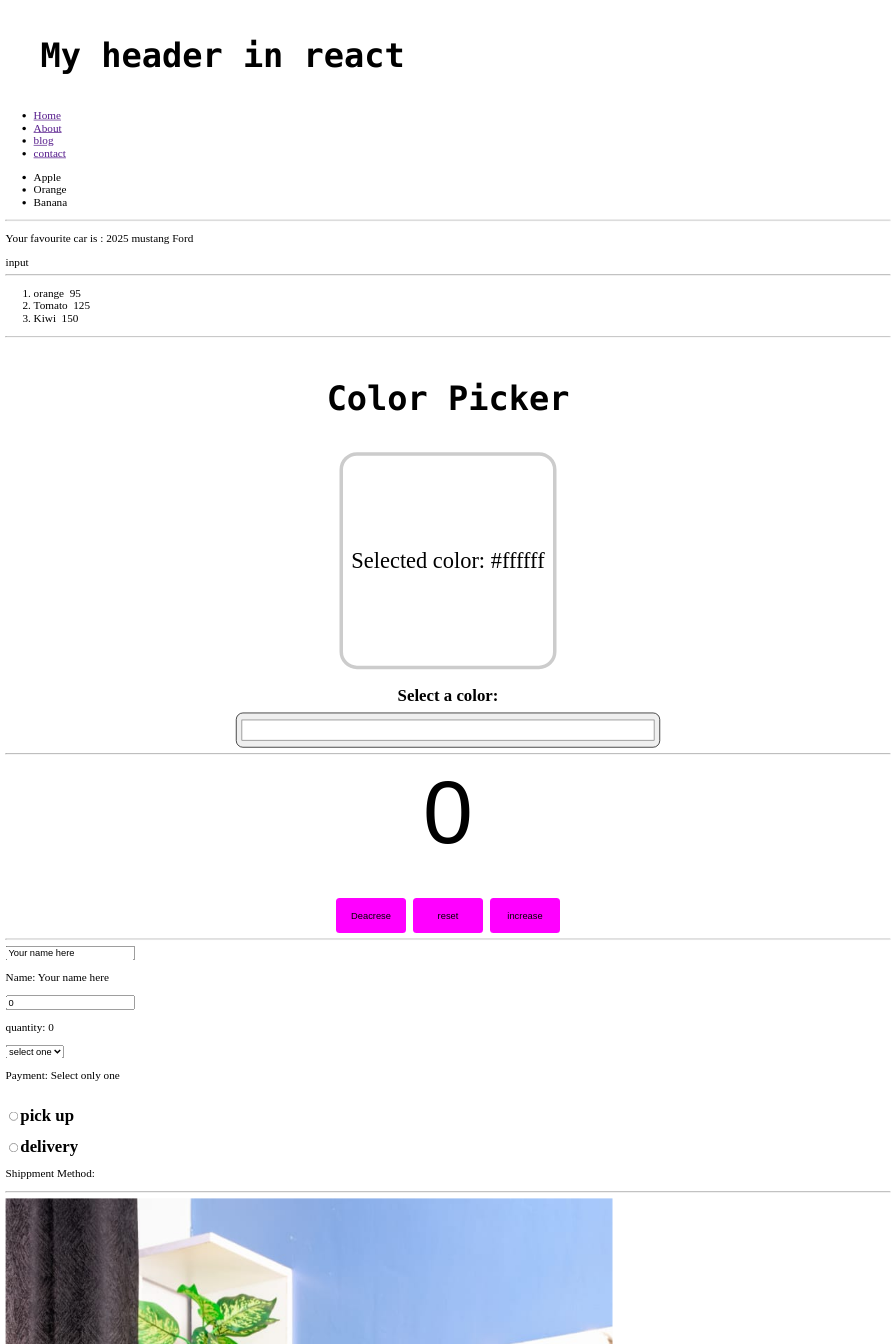
Repository: profbkmurage/reactLearning
Page: /
An editor plug-in stored every save of this project. The page is shown before and after the next save, followed by the edit.
The browser window is 1280 px wide. The pictures show the part of the page from y = 0 to 1920 px (the page is 4886 px tall before and 4889 px after), at 70% of full size.
The project was rebuilt for these pictures with package versions that can differ from the ones it lists, and the page was loaded fresh each time. Also part of the build but not shown: vite.config.js.

Above is the page before, as saved 2025-01-28 14:50:59.

After the next save:
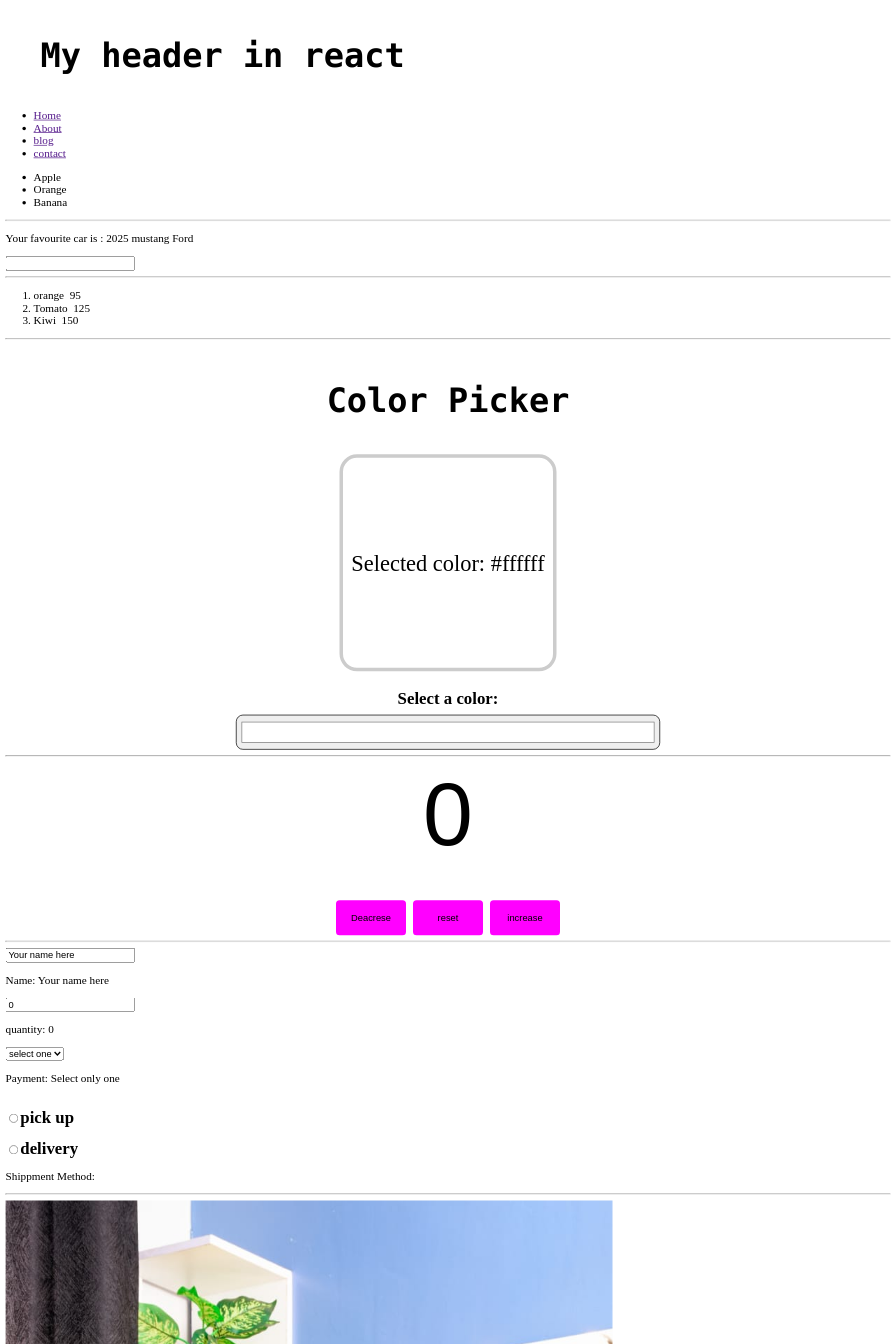
Saved 5 s later.
--- a/src/UpdaterFunctions.jsx
+++ b/src/UpdaterFunctions.jsx
@@ -11,7 +11,7 @@ function UpdaterFunction() {
         <div>
             <p>Your favourite car is : {car.year} {car.model} {car.make}</p>
             {/* the goal here is to have the data in the paragraph change depending on what the user wants, so we need to have some inputs */}
-            input
+            <input type="text" />
         </div>
     )
 }
